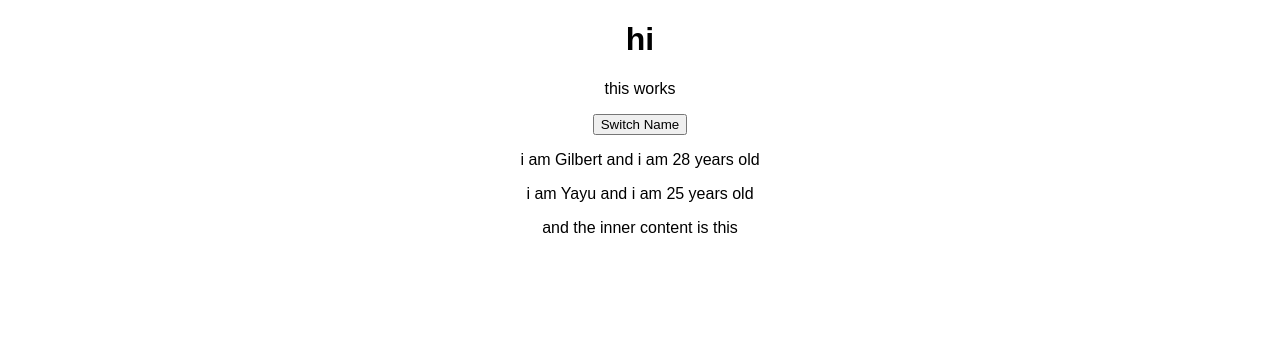
Repository: toni783/udemy_react
Page: / (app in react-complete-guide/)
An editor plug-in stored every save of this project. The page is shown before and after the next save, followed by the edit.
The browser window is 1280 px wide. The pictures show the whole page.
The project was rebuilt for these pictures with package versions that can differ from the ones it lists, and the page was loaded fresh each time.

Above is the page before, as saved 2020-01-23 10:26:26.

After the next save:
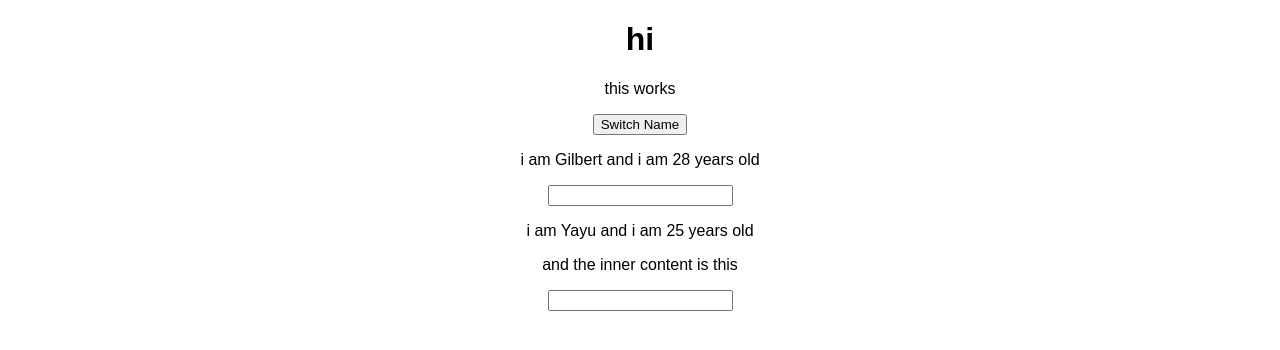
Saved 3 min 12 s later.
--- a/react-complete-guide/src/Person/Person.js
+++ b/react-complete-guide/src/Person/Person.js
@@ -1,16 +1,16 @@
-import React from 'react';
+import React from "react";
 
+const person = props => {
+  return (
+    <div>
+      <p onClick={props.clicked}>
+        i am {props.name} and i am {props.age} years old{" "}
+      </p>
+      <p> {props.children} </p>
 
-const person = (props) => {
-return     (
-    <div>
-        <p onClick={props.clicked}>i am {props.name} and i am { props.age} years old  </p>
-        <p> {props.children} </p>
-
+      <input onChange={props.changed} type="text" />
     </div>
-
-)
-
-}
+  );
+};
 
 export default person;
